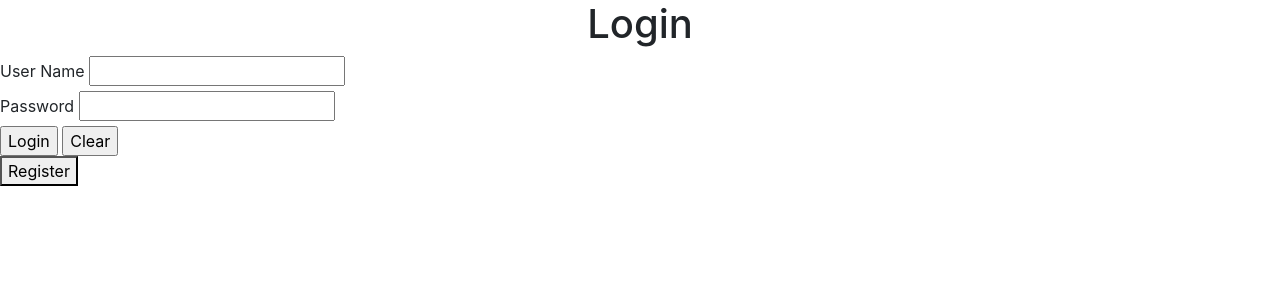
Repository: ramakrishnan1997/ram_javatraining
Page: http://localhost/AdminPortal/Login.jsp
The author's editor kept a copy of each file at every save. The page is drawn from the files as they stood at one save, then again after the next save.
The browser window is 1280 px wide. The pictures show the whole page.
The page is served by Tomcat 9.

Above is the page before, as saved 2022-07-01 07:26:53.

After the next save:
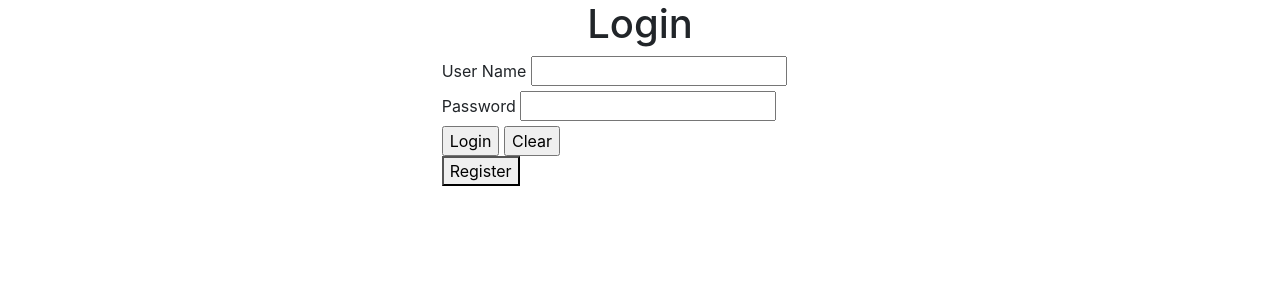
Saved 2 min 52 s later.
--- a/AdminPortal/src/main/webapp/Login.jsp
+++ b/AdminPortal/src/main/webapp/Login.jsp
@@ -11,8 +11,11 @@
 	crossorigin="anonymous">
 </head>
 <body>
-	<h1 style="text-align: center">Login</h1>
-	<form>
+<h1 style="text-align: center">Login</h1>
+<div class="container-fluid">
+<div class="row">
+<div class="col-md-4"> </div>
+<div class="col-md-4"><form>
 		<div>
 			<label>User Name</label> <input type="text" name="username">
 		</div>
@@ -22,6 +25,12 @@
 		<input type="submit" value="Login"> <input type="reset"
 			value="Clear">
 	</form>
-	<a href="Register.jsp"><button>Register</button></a>
+	<a href="Register.jsp"><button>Register</button></a></div>
+
+</div>
+
+	<div class="col-md-4"> </div>
+
+	</div>
 </body>
 </html>
